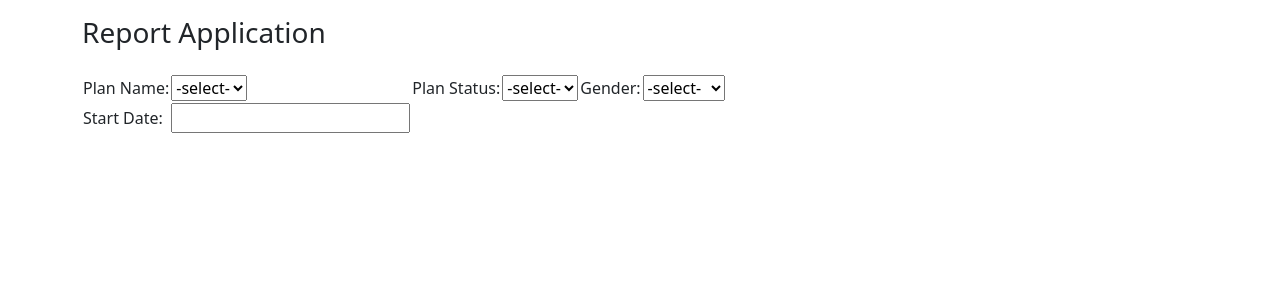
Repository: dubeygaurav52/SpringBoot_Microservices_Concepts
Page: http://localhost/01_Report_App/pages/index.jsp
The author's editor kept a copy of each file at every save. The page is drawn from the files as they stood at one save, then again after the next save.
The browser window is 1280 px wide. The pictures show the whole page.
The page is served by Tomcat 9.

Above is the page before, as saved 2025-05-01 14:29:34.

After the next save:
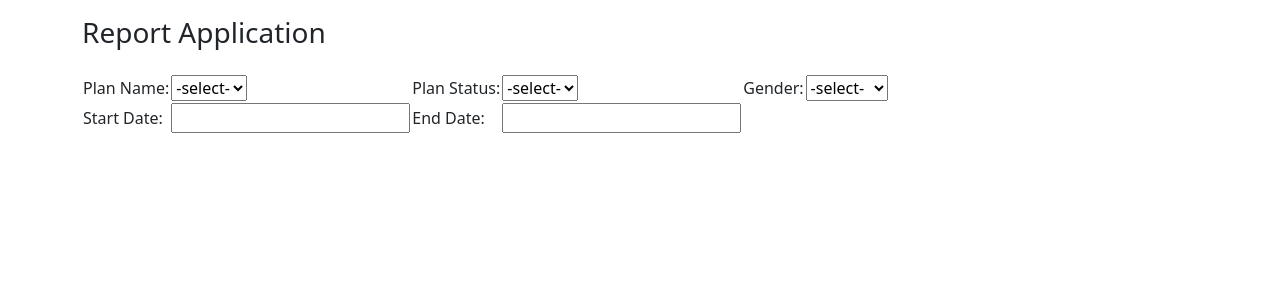
Saved 33 s later.
--- a/01_Report_App/src/main/webapp/pages/index.jsp
+++ b/01_Report_App/src/main/webapp/pages/index.jsp
@@ -41,10 +41,15 @@
 </select>
 </td>
 </tr>
+
 <tr>
 <td>Start Date:</td>
 <td>
 <input path="startDate"> </input>
+</td>
+<td>End Date:</td>
+<td>
+<input path="endDate"> </input>
 </td>
 </tr>
 </table>
